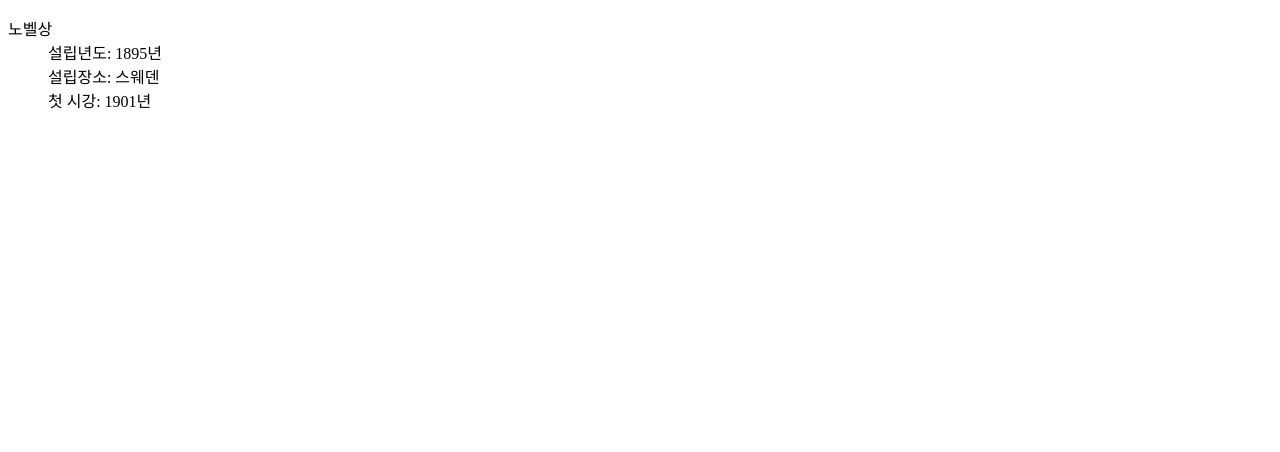
Repository: jaehyeon0418/workspace123
Page: w1024/src/main/webapp/w1024_05.html
An editor plug-in stored every save of this project. The page is shown before and after the next save, followed by the edit.
The browser window is 1280 px wide. The pictures show the whole page.

Above is the page before, as saved 2022-10-24 02:43:32.

After the next save:
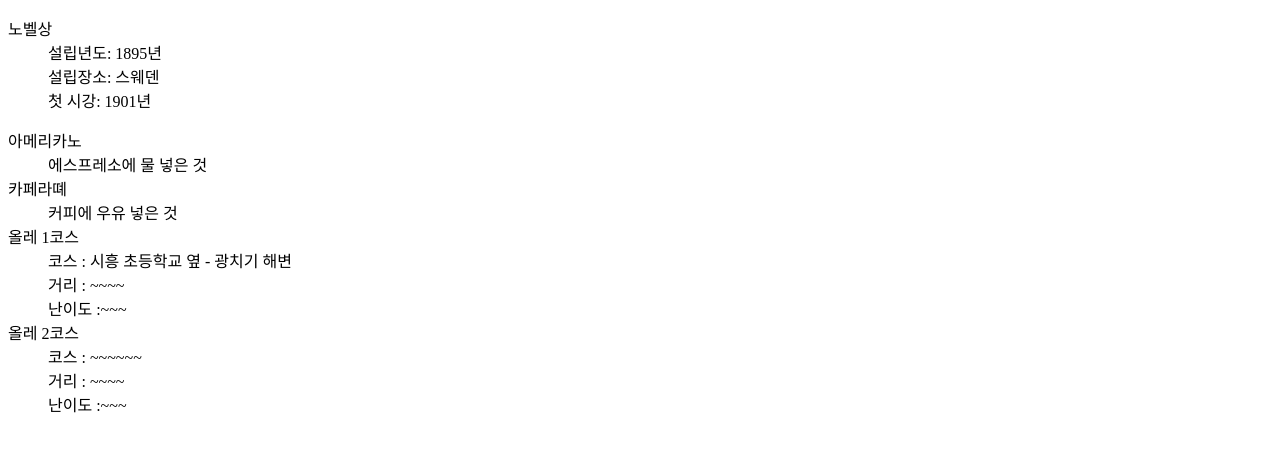
Saved 2 min 7 s later.
--- a/w1024/src/main/webapp/w1024_05.html
+++ b/w1024/src/main/webapp/w1024_05.html
@@ -22,6 +22,23 @@
 
 
 
+<dl>
+
+<dt>아메리카노</dt>
+<dd>에스프레소에 물 넣은 것</dd>
+<dt>카페라뗴</dt>
+<dd>커피에 우유 넣은 것</dd>
+<dt>올레 1코스</dt>
+<dd>코스 : 시흥 초등학교 옆 - 광치기 해변</dd>
+<dd>거리 : ~~~~</dd>
+<dd>난이도 :~~~</dd>
+<dt>올레 2코스</dt>
+<dd>코스 : ~~~~~~</dd>
+<dd>거리 : ~~~~</dd>
+<dd>난이도 :~~~</dd>
+
+
+</dl>
 
 
 
